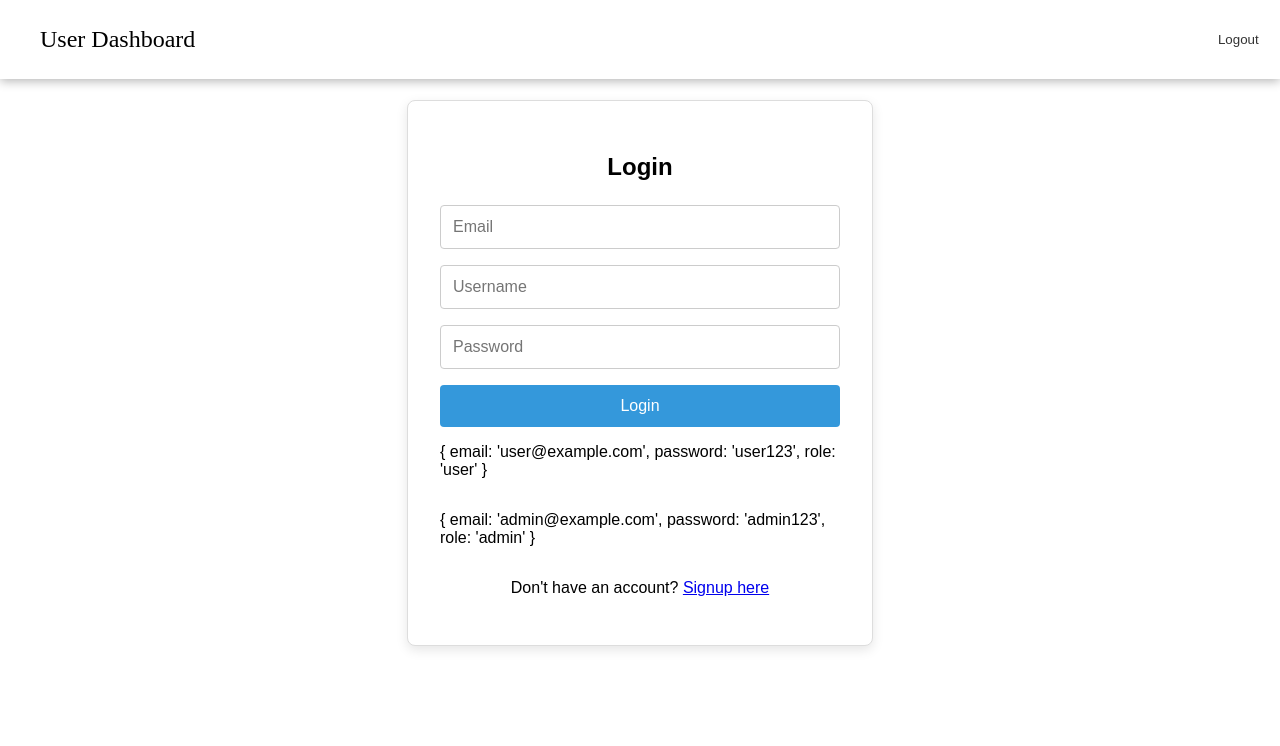
Repository: Edmund-Kiama/todoPHP
Page: / (app in task-manager-frontend/)
An editor plug-in stored every save of this project. The page is shown before and after the next save, followed by the edit.
The browser window is 1280 px wide. The pictures show the whole page.
The project was rebuilt for these pictures with package versions that can differ from the ones it lists, and the page was loaded fresh each time. Also part of the build but not shown: task-manager-frontend/vite.config.js, task-manager-frontend/src/components/Admin/admin.css, task-manager-frontend/src/components/Admin/AdminDashboard.vue, task-manager-frontend/src/components/User/user.css, task-manager-frontend/src/components/User/UserDashboard.vue, task-manager-frontend/src/components/Auth/signup.css, task-manager-frontend/src/components/Auth/Signup.vue.

Above is the page before, as saved 2025-07-12 22:51:54.

After the next save:
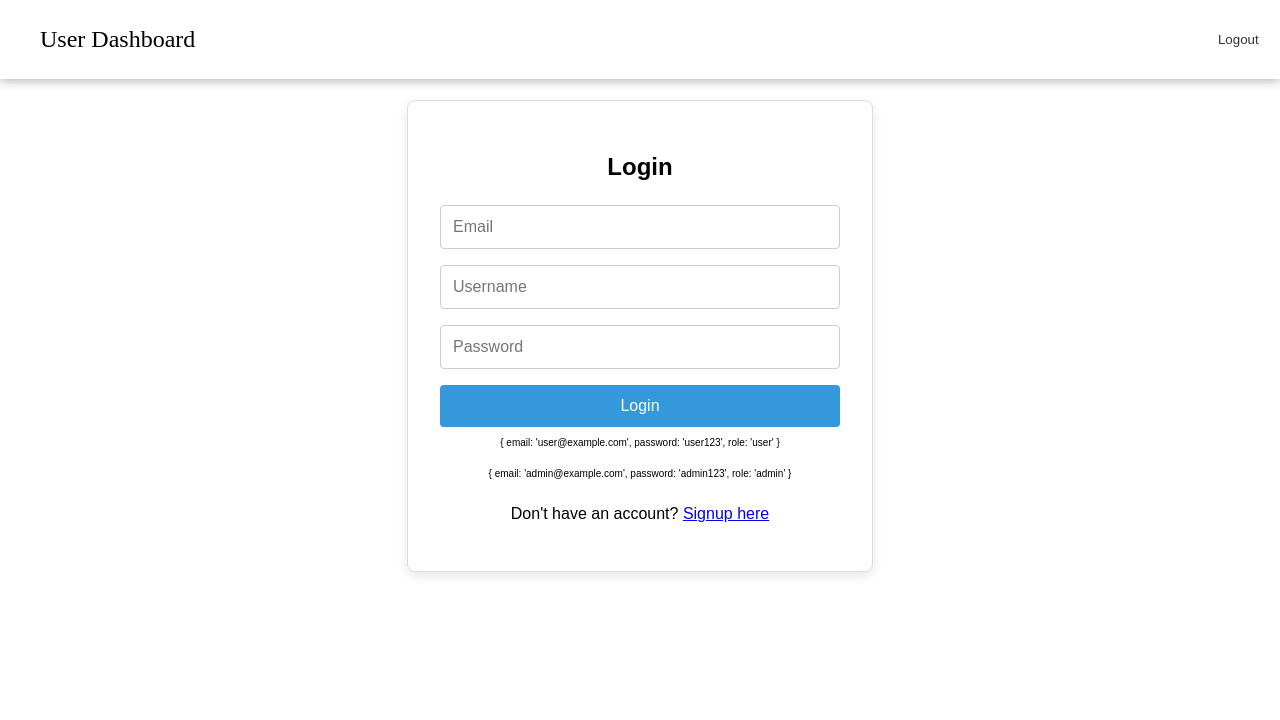
Saved 5 s later.
--- a/task-manager-frontend/src/components/Auth/Login.vue
+++ b/task-manager-frontend/src/components/Auth/Login.vue
@@ -34,8 +34,8 @@
             <input type="password" v-model="password" placeholder="Password" required />
             <button>Login</button>
             <p v-if="error" class="error">{{ error }}</p>
-            <p class="descri">{ email: 'user@example.com', password: 'user123', role: 'user' }</p>
-            <p class="descri">{ email: 'admin@example.com', password: 'admin123', role: 'admin' }</p>
+            <p class="descr">{ email: 'user@example.com', password: 'user123', role: 'user' }</p>
+            <p class="descr">{ email: 'admin@example.com', password: 'admin123', role: 'admin' }</p>
             <p class="toggle">
                 Don't have an account?
                 <router-link to="/">Signup here</router-link>
